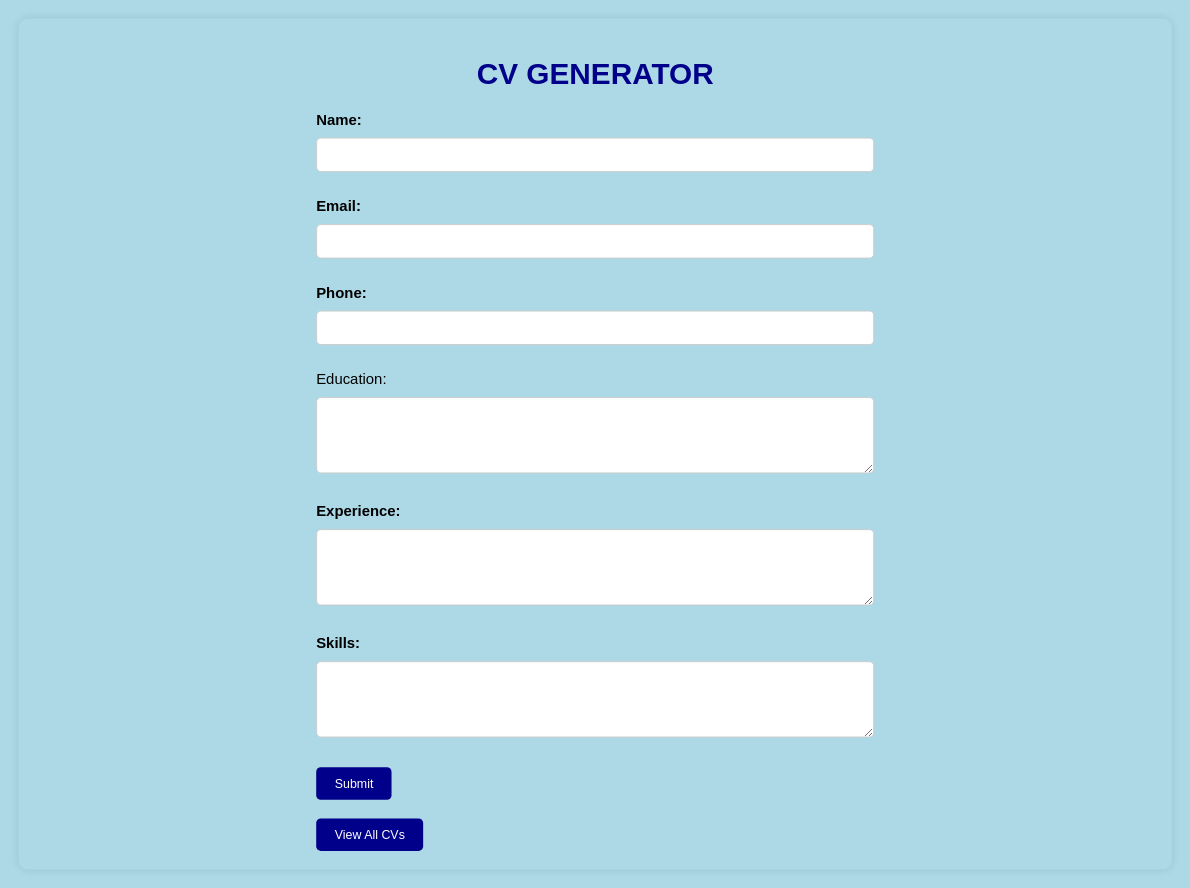
Repository: Arisha004/CV-generator
Page: index.html
The author's editor kept a copy of each file at every save. The page is drawn from the files as they stood at one save, then again after a run of saves.
The browser window is 1280 px wide. The pictures show the whole page, at 93% of full size.

Above is the page before, as saved 2025-10-14 00:44:51.

After the next 2 saves:
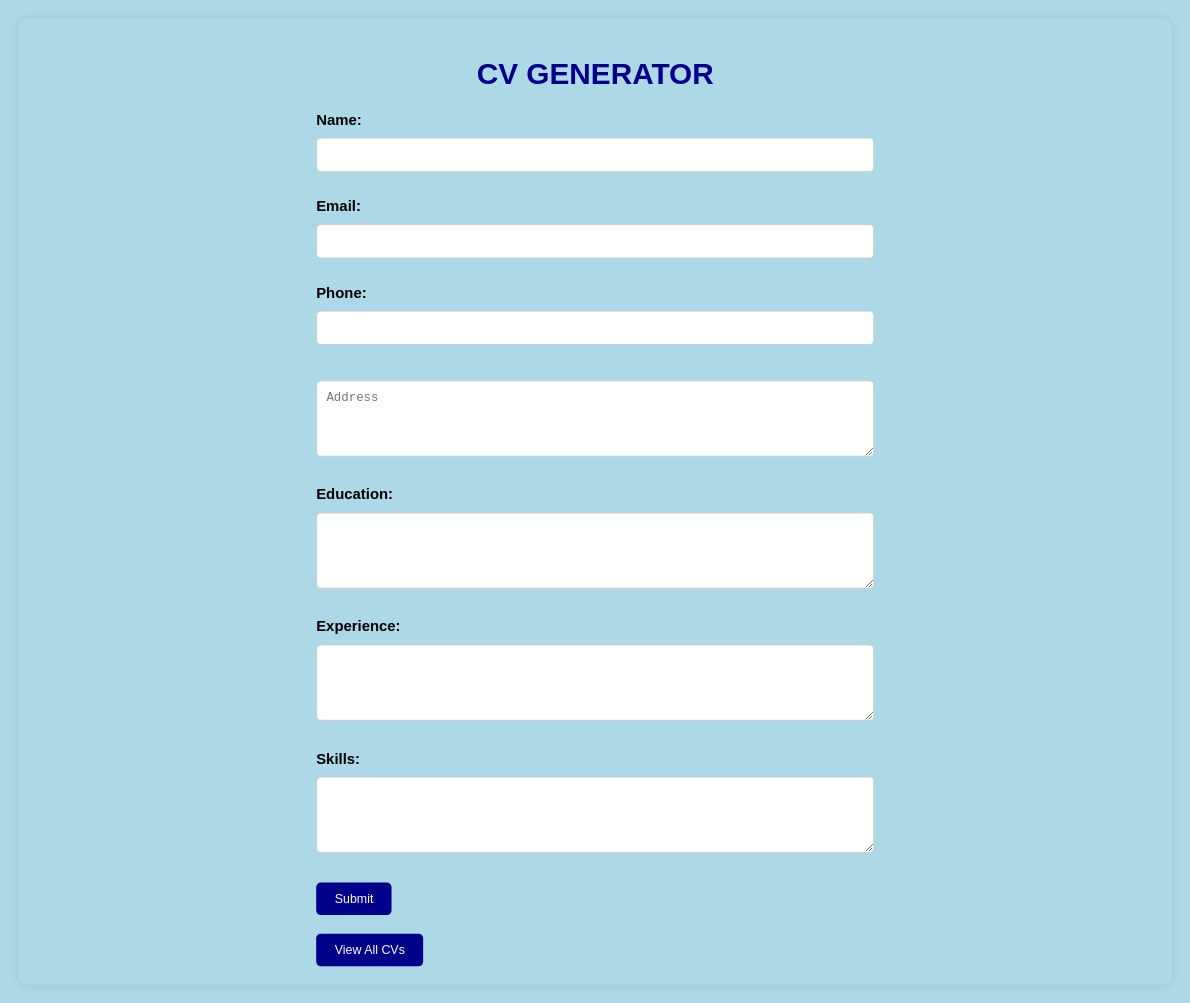
The 2 saves are shown as one change because they came seconds apart.
The last was saved 6 s later.
--- a/index.html
+++ b/index.html
@@ -18,7 +18,7 @@
         <label for="phone">Phone:</label>
         <input type="tel" id="phone" name="phone" required><br><br>
 
-        <text area
+        <textarea id="address" name="address" rows="4" cols="50" placeholder="Address" required></textarea><br><br>
         <label for="education">Education:</label><br>
         <textarea id="education" name="education" rows="4" cols="50" required></textarea><br><br>
 
